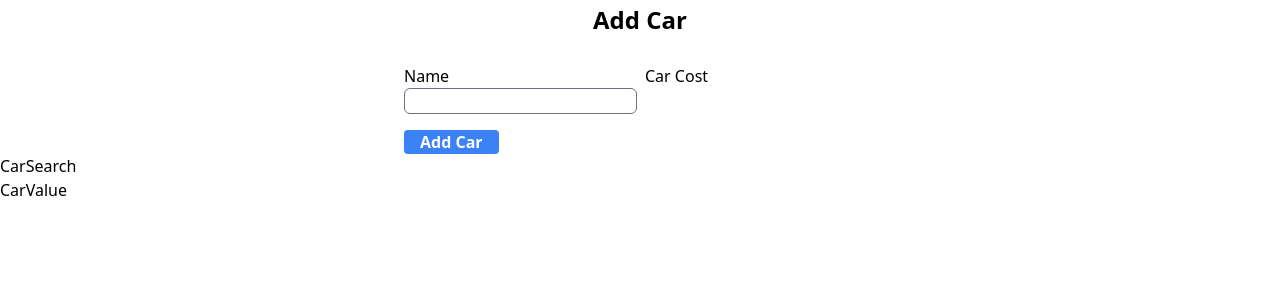
Repository: Marhamat92/carsappreduxtoolkit
Page: /
These files come from the project's save history. The page is drawn as it stood at one moment and after the next save; the edit follows.
The browser window is 1280 px wide. The pictures show the whole page.
The project was rebuilt for these pictures with package versions that can differ from the ones it lists, and the page was loaded fresh each time.

Above is the page before, as saved 2023-01-23 23:00:12.

### src/index.js
import React from 'react';
import ReactDOM from 'react-dom/client';
import './index.css';
import App from './App';
import { Provider } from 'react-redux';
import { store } from './store'


const root = ReactDOM.createRoot(document.getElementById('root'));
root.render(
  <Provider store={store}>
    <App />
  </Provider>
);

### src/App.js
import CarForm from "./components/CarForm";
import CarList from "./components/CarList";
import CarSearch from "./components/CarSearch";
import CarValue from "./components/CarValue";


function App() {
  return (
    <div className="container mx-auto">
      <CarForm />
      <CarSearch />
      <CarList />
      <CarValue />
    </div>
  );
}

export default App;

### src/store/index.js
import { configureStore } from "@reduxjs/toolkit";
import {
  carsReducer,
  addCar,
  removeCar,
  changeSearchTerm,
} from "./slices/carsSlice";
import { formReducer, changeName, changeCost } from "./slices/formSlice";

const store = configureStore({
  reducer: {
    cars: carsReducer,
    form: formReducer,
  },
})

export { store, addCar, removeCar, changeSearchTerm, changeName, changeCost };

### src/components/CarForm.js
import React from 'react'
import { useDispatch, useSelector } from 'react-redux'
import { changeName, changeCost, addCar } from '../store'



function CarForm() {
  const dispatch = useDispatch(); // this is the hook that allows us to dispatch actions to the store
  const { name, cost } = useSelector((state) => { // this is the hook that allows us to access the store
    return {
      name: state.form.name,
      cost: state.form.cost
    }
  })


  const handleNameChange = (e) => {
    dispatch(changeName(e.target.value))
  }

  const handleCostChange = (e) => {
    const carCost = parseInt(e.target.value) || 0;
    dispatch(changeCost(carCost))

  }


  const handleSubmit = (e) => {
    e.preventDefault();
    dispatch(addCar({ name, cost }))
  }



  return (
    <div className='flex flex-col items-center justify-center'>
      <h1 className='font-bold text-2xl py-1' >Add Car</h1>
      <div className='mt-6'>
        <form onSubmit={handleSubmit} className=''>
          <div className='flex flex-row space-x-2'>
            <div className='flex flex-col'>
              <label htmlFor='make'>Name</label>
              <input className=' border border-gray-500 rounded-md

              ' value={name} onChange={handleNameChange} type='text' name='carName' id='carName' />
            </div>
            <div className='flex flex-col'>
              <label htmlFor='price'>Car Cost</label>
              <input value={cost || ''} onChange={handleCostChange} type='number' name='price' id='price' />
            </div>
          </div>
          <button className='bg-blue-500 hover:bg-blue-700 text-white font-bold  px-4 rounded mt-4' type='submit'>Add Car</button>
        </form>
      </div>
    </div>
  )
}

export default CarForm

### src/components/CarList.js
import React from 'react'
import { useSelector, useDispatch } from 'react-redux'
import { removeCar } from '../store'


function CarList() {


  const dispatch = useDispatch();

  const cars = useSelector((state) => {
    return state.cars.data;
  })

  const handleDeleteCar = (car) => {
    dispatch(removeCar(car.id))
  }



  const renderedCars = cars.map((car) => {
    return (
      <div className='flex space-x-3 space-y-3 items-center' key={car.id}>
        <p className='text-3xl' >{car.name} - ${car.cost}</p>
        <button onClick={() => handleDeleteCar(car)} className='bg-red-500 px-4 py-2 text-3xl rounded-md'>
          Remove
        </button>
      </div>
    )
  })




  return (
    <div>{renderedCars}</div>
  )
}

export default CarList

### src/components/CarSearch.js
import React from 'react'

function CarSearch() {
  return (
    <div>CarSearch</div>
  )
}

export default CarSearch

### src/components/CarValue.js
import React from 'react'

function CarValue() {
  return (
    <div>CarValue</div>
  )
}

export default CarValue

### src/store/slices/carsSlice.js
import { createSlice, nanoid } from '@reduxjs/toolkit';

const carsSlice = createSlice({
  name: 'cars',
  initialState: {
    data: [],
    searchTerm: ''
  },
  reducers: {
    changeSearchTerm(state, action) {
      state.searchTerm = action.payload;
    },
    addCar(state, action) {
      //Assumption:
      //action.payload is an object with the following properties:
      //name, cost, id
      state.data.push({
        name: action.payload.name,
        cost: action.payload.cost,
        id: nanoid()
      })
    },
    removeCar(state, action) {
      //Assumption:
      //action.payload is the id of the car to remove
      const updatedCars = state.data.filter((car) => {
        return car.id !== action.payload;
      })
      state.data = updatedCars;
    }

  }
})

export const { changeSearchTerm, addCar, removeCar } = carsSlice.actions;
export const carsReducer = carsSlice.reducer;

### src/store/slices/formSlice.js
import { createSlice } from '@reduxjs/toolkit';

const formSlice = createSlice({
  name: 'form',
  initialState: {
    name: '',
    cost: 0
  },
  reducers: {
    changeName(state, action) {
      state.name = action.payload;
    },
    changeCost(state, action) {
      state.cost = action.payload;
    }
  }
})

export const { changeName, changeCost } = formSlice.actions;
export const formReducer = formSlice.reducer;

Loaded but not shown: public/index.html (common file); src/index.css (common file); tailwind.config.js (common file)

After the next save:
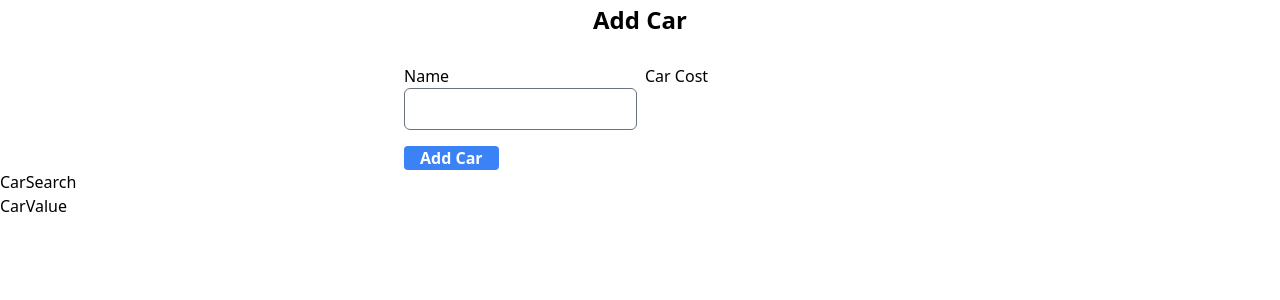
Saved 9 s later.
--- a/src/components/CarForm.js
+++ b/src/components/CarForm.js
@@ -40,7 +40,7 @@ function CarForm() {
           <div className='flex flex-row space-x-2'>
             <div className='flex flex-col'>
               <label htmlFor='make'>Name</label>
-              <input className=' border border-gray-500 rounded-md
+              <input className=' border border-gray-500 rounded-md py-2
 
               ' value={name} onChange={handleNameChange} type='text' name='carName' id='carName' />
             </div>
